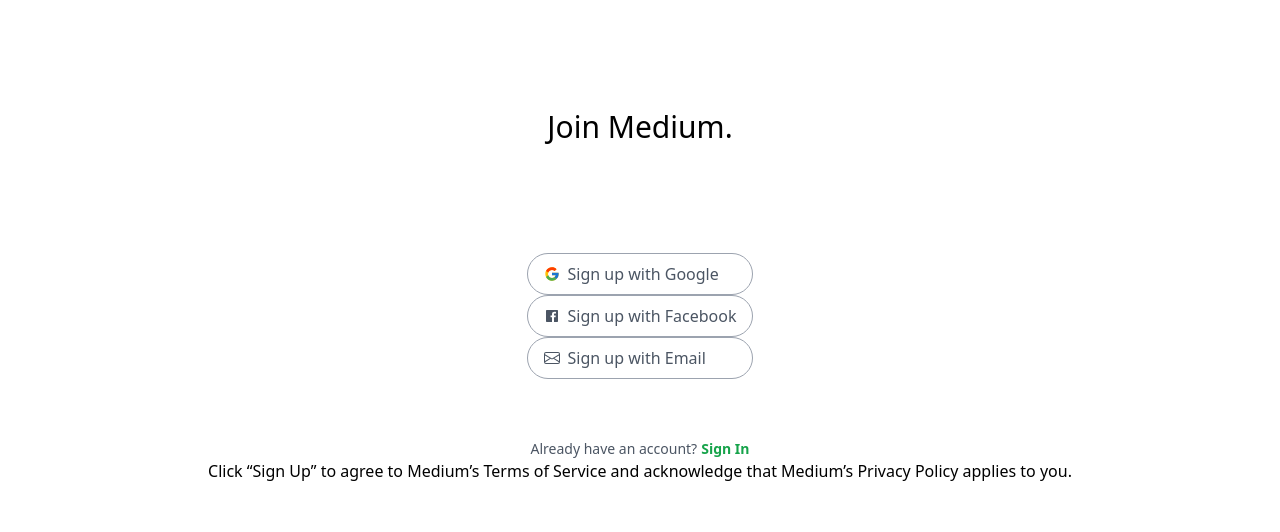
Repository: hisreal123/yt-build
Page: /m/CreateAccount
An editor plug-in stored every save of this project. The page is shown before and after a run of saves, followed by the edit.
The browser window is 1280 px wide. The pictures show the whole page.
The project was rebuilt for these pictures with package versions that can differ from the ones it lists, and the page was loaded fresh each time. The framework's server and built-in components were replaced by stand-ins that run in the browser. Also part of the build but not shown: next.config.js.

Above is the page before, as saved 2022-11-12 14:20:21.

After the next 2 saves:
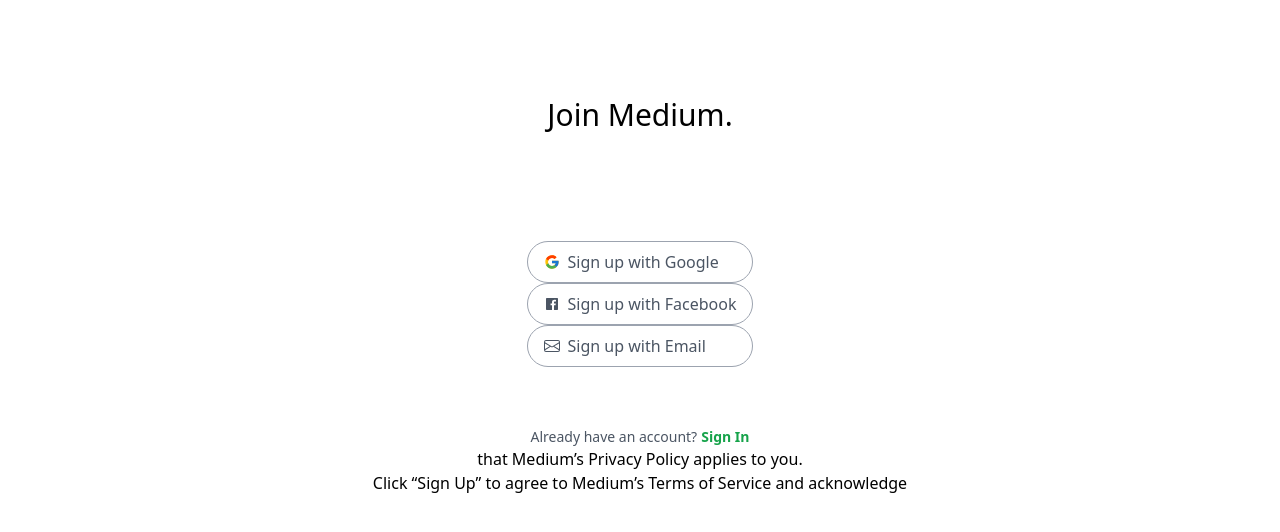
The 2 saves are shown as one change because they came seconds apart.
The last was saved 6 s later.
--- a/pages/m/CreateAccount.tsx
+++ b/pages/m/CreateAccount.tsx
@@ -44,9 +44,8 @@
       </div>
 
       <div className="notice text-center relative">
-        <p>
-          </p> Click “Sign Up” to agree to Medium’s Terms of Service and acknowledge
-        that Medium’s Privacy Policy applies to you.
+        <p>that Medium’s Privacy Policy applies to you.</p> Click “Sign Up” to
+        agree to Medium’s Terms of Service and acknowledge
       </div>
     </div>
   );
